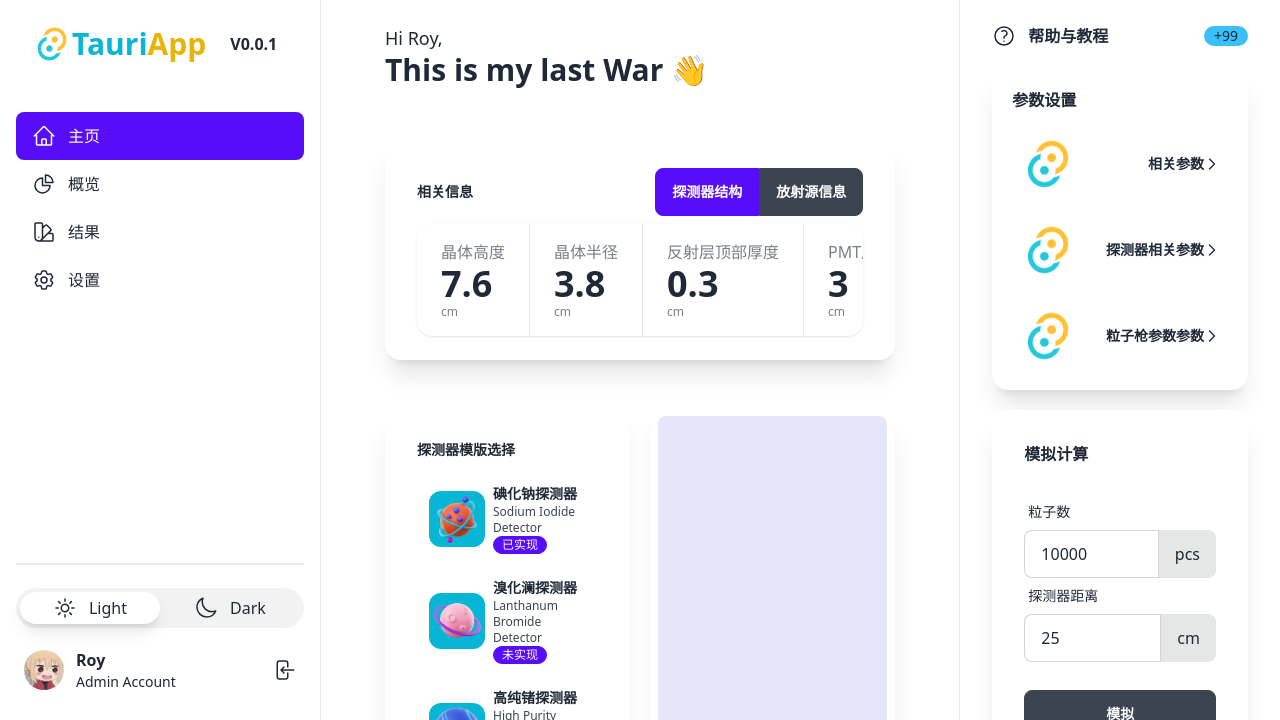
Repository: XMZOVO/tauri-geant4
Page: /
The author's editor kept a copy of each file at every save. The page is drawn from the files as they stood at one save, then again after the next save.
The browser window is 1280 px wide. The pictures show the whole page.
The page's requests for data from a server got no answer. An inner scrolling area shows only its first screen. The project was rebuilt for these pictures with package versions that can differ from the ones it lists, and the page was loaded fresh each time. No one was signed in, and anything a server would have sent is missing. Also part of the build but not shown: vite.config.ts.

Above is the page before, as saved 2022-09-11 20:05:04.

### src/main.ts
import { createApp } from "vue";
import App from "./App.vue";
import "./index.css";
import { Router } from "./router";
import { createPinia } from "pinia";

const pinia = createPinia();

createApp(App).use(pinia).use(Router).mount("#app");

### src/router/index.ts
import { createRouter, createWebHistory } from "vue-router";

const routes = [
  {
    path: "",
    component: () => import("../components/MainWindow.vue"),
    children: [
      {
        path: "",
        component: () => import("../components/Home.vue"),
      },
      {
        path: "Setting",
        component: () => import("../components/Setting.vue"),
      },
      {
        path: "Results",
        component: () => import("../components/Results.vue"),
      },
      {
        path: "Overview",
        component: () => import("../components/Overview.vue"),
      },
      // {
      //   path: "Plan",
      //   component: () => import("../components/Plan.vue"),
      // },
    ],
  },
];

export const Router = createRouter({
  scrollBehavior: () => ({ left: 0, top: 0 }),
  history: createWebHistory(),
  routes,
});

### src/components/Home.vue
<script setup lang="ts">
import { ref, onMounted } from "vue";
import { invoke } from "@tauri-apps/api/tauri";
import { useRouter, onBeforeRouteLeave, onBeforeRouteUpdate } from "vue-router";
import path from "path";
import { exit } from "@tauri-apps/api/process";
import { fetch } from "@tauri-apps/api/http";

const router = useRouter();
const greetMsg = ref("");
const name = ref("");
let specFile = ref("");
let JSRootPath = ref("/JsRoot720/");
const btnWait = ref("");
const activeDetector = ref(0);

let detectorSrc = ref(
  JSRootPath.value +
    "index.htm?nobrowser&file=http://localhost:8080/file/G4Backend/build/rootFiles/test.root&item=Default;1&opt=ssao;transp60"
);

const parametersNames = ref([
  { name: "探测器结构", checked: true },
  { name: "放射源信息", checked: false },
]);
const selectedName = ref("钻井液性能");
const detectorProperties = ref([
  { name: "晶体高度", value: 7.6, unit: "cm" },
  { name: "晶体半径", value: 3.8, unit: "cm" },
  { name: "反射层顶部厚度", value: "0.3", unit: "cm" },
  { name: "PMT厚度", value: 3, unit: "cm" },
]);
const radioactiveProperties = ref([
  { name: "放射性同位素", value: "Co60", unit: "" },
  { name: "3", value: 20, unit: "" },
  { name: "4", value: 0.02, unit: "" },
  { name: "5", value: 10, unit: "" },
]);
const detectorList = ref([
  {
    name: "碘化钠探测器",
    percent: 40,
    description: "Sodium Iodide Detector",
    img: "NaI.png",
  },
  {
    name: "溴化澜探测器",
    percent: 100,
    description: "Lanthanum Bromide Detector",
    img: "LB.png",
  },
  {
    name: "高纯锗探测器",
    percent: 60,
    description: "High Purity Germanium Detector",
    img: "HPGe.png",
  },
]);
const paticleParameters = ref([
  { name: "粒子数", value: 10000, unit: "pcs" },
  { name: "探测器距离", value: 25, unit: "cm" },
]);

async function greet() {
  greetMsg.value = await invoke("greet", { name: name.value });
}

onMounted(async () => {});

const parametersInfoChanged = (name: String) => {
  if (name == "探测器结构") {
    parametersNames.value[0].checked = true;
    parametersNames.value[1].checked = false;
  } else {
    parametersNames.value[0].checked = false;
    parametersNames.value[1].checked = true;
  }
};

const executeCalculate = async () => {
  if (paticleParameters.value[0].value > 10000000) {
    alert("粒子数过大");
    return;
  }
  btnWait.value = "loading";
  const response = await fetch("http://localhost:8080/g4", {
    method: "POST",
    query: {
      ch: detectorProperties.value[0].value.toString(),
      cr: detectorProperties.value[1].value.toString(),
      rtt: detectorProperties.value[2].value.toString(),
      num: paticleParameters.value[0].value.toString(),
    },
  }).then((res) => {
    btnWait.value = "";
    router.push({ path: "/Overview" });
  });
};

const refreshDetector = async () => {
  detectorSrc.value = " ";
  await fetch("http://localhost:8080/gdml", {
    method: "GET",
    query: {
      ch: detectorProperties.value[0].value.toString(),
      cr: detectorProperties.value[1].value.toString(),
      rtt: detectorProperties.value[2].value.toString(),
      pmt: detectorProperties.value[3].value.toString(),
    },
  }).then(() => {
    // let iframe: any = document.getElementById("iframe");
    // iframe.contentWindow.location.reload(true);
    detectorSrc.value =
      JSRootPath.value +
      "index.htm?nobrowser&file=http://localhost:8080/file/G4Backend/build/rootFiles/wtest.root&item=Default;1&opt=ssao;transp60";
  });
};

const exitApp = async () => {
  await exit(1);
};
</script>

<template>
  <!-- <div class="card">
    <input id="greet-input" v-model="name" placeholder="Enter a name..." />
    <button type="button" @click="greet()">Greet</button>
  </div>

  <p>{{ greetMsg }}</p> -->

  <div class="flex h-full w-full">
    <div class="w-2/3 space-y-12 border-r border-base-300 py-6 px-16">
      <div class="h-auto">
        <span class="block text-lg font-normal">Hi Roy,</span>
        <span class="block text-3xl font-bold"
          >This is my last War &#128075;</span
        >
      </div>
      <div class="card h-2/6 w-full shadow-xl">
        <div class="card-body justify-between">
          <div class="flex justify-between">
            <p class="card-title text-sm">相关信息</p>
            <!-- 选择框 -->
            <!-- <div class="form-control w-1/3 max-w-xs">
              <select
                class="select select-bordered focus:outline-none"
                @change="parametersInfoChanged($event)"
              >
                <option v-for="item in parametersNames">{{ item }}</option>
              </select>
            </div> -->
            <div class="btn-group">
              <input
                v-for="item in parametersNames"
                type="radio"
                name="options"
                :data-title="item.name"
                class="btn"
                :checked="item.checked"
                @change="parametersInfoChanged(item.name)"
              />
            </div>
          </div>
          <!-- 统计信息 -->
          <div
            class="stats stats-vertical overflow-hidden shadow lg:stats-horizontal"
          >
            <div
              class="stat"
              v-if="parametersNames[0].checked"
              v-for="item in detectorProperties"
            >
              <div class="stat-title">{{ item.name }}</div>
              <div class="stat-value">{{ item.value }}</div>
              <div class="stat-desc">{{ item.unit }}</div>
            </div>
            <div
              class="stat"
              v-if="parametersNames[1].checked"
              v-for="item in radioactiveProperties"
            >
              <div class="stat-title">{{ item.name }}</div>
              <div class="stat-value">{{ item.value }}</div>
              <div class="stat-desc">{{ item.unit }}</div>
            </div>
          </div>
        </div>
      </div>
      <!-- 底部双卡片 -->
      <div class="flex h-3/6 space-x-5">
        <!-- 1 -->
        <div class="card w-1/2 bg-base-100 shadow-xl">
          <div class="card-body gap-3">
            <p class="text-sm font-semibold">探测器模版选择</p>
            <!-- item -->
            <div class="flex h-full flex-col justify-between">
              <div
                v-for="(item, index) in detectorList"
                class="flex cursor-pointer items-center justify-between rounded-xl py-3 px-3 hover:bg-base-300"
              >
                <div class="flex items-center gap-2">
                  <img
                    :src="`/src/assets/${item.img}`"
                    class="h-14 w-14 rounded-xl bg-cyan-500 p-1"
                  />
                  <div class="flex flex-col">
                    <p class="text-sm font-semibold">{{ item.name }}</p>
                    <p class="text-xs text-neutral">
                      {{ item.description }}
                    </p>
                    <div class="badge badge-primary badge-xs p-2">
                      {{ index == 0 ? "已实现" : "未实现" }}
                    </div>
                  </div>
                </div>
                <!-- <div
                  class="radial-progress text-xs text-primary"
                  :style="
                    '--value: ' +
                    item.percent +
                    '; --size: 3.5rem; --thickness: 6px'
                  "
                >
                  {{ item.percent }}%
                </div> -->
              </div>
            </div>
            <btn class="btn rounded-xl"> 更多模版</btn>
          </div>
        </div>
        <!-- 2 -->
        <div class="card w-1/2 bg-base-100 shadow-xl">
          <div class="card-body p-2">
            <iframe
              :src="detectorSrc"
              frameborder="0"
              class="h-full w-full rounded-lg"
            ></iframe>
            <!-- <div class="h-full w-full bg-black" id="drawing"></div> -->
          </div>
        </div>
      </div>
    </div>

    <!-- 右侧 -->
    <div class="w-1/3 flex-col space-y-5 px-8 pt-6">
      <!-- 帮助 -->
      <div class="flex items-center justify-between">
        <div class="flex items-center space-x-3">
          <svg
            xmlns="http://www.w3.org/2000/svg"
            fill="none"
            viewBox="0 0 24 24"
            stroke-width="1.5"
            stroke="currentColor"
            class="h-6 w-6"
          >
            <path
              stroke-linecap="round"
              stroke-linejoin="round"
              d="M9.879 7.519c1.171-1.025 3.071-1.025 4.242 0 1.172 1.025 1.172 2.687 0 3.712-.203.179-.43.326-.67.442-.745.361-1.45.999-1.45 1.827v.75M21 12a9 9 0 11-18 0 9 9 0 0118 0zm-9 5.25h.008v.008H12v-.008z"
            />
          </svg>
          <label class="font-bold">帮助与教程</label>
        </div>
        <div class="badge badge-info">+99</div>
      </div>
      <!-- 帮助 -->
      <!-- 卡1 -->
      <div class="flex space-x-5">
        <div class="card w-full overflow-visible bg-base-100 shadow-xl">
          <div class="card-body p-5">
            <div class="flex-col space-y-5">
              <p class="text-md font-bold">参数设置</p>

              <!-- 溢流物 -->
              <div class="dropdown-left dropdown w-full">
                <div
                  tabindex="0"
                  class="flex items-center justify-between rounded-xl px-2 py-1 duration-300 hover:cursor-pointer hover:bg-primary hover:text-base-100"
                >
                  <img src="../assets/icon.png" class="h-14 w-14 rounded-xl" />
                  <div class="flex items-center">
                    <p class="text-sm font-bold">相关参数</p>
                    <svg
                      xmlns="http://www.w3.org/2000/svg"
                      fill="none"
                      viewBox="0 0 24 24"
                      stroke-width="2"
                      stroke="currentColor"
                      class="h-4 w-4"
                    >
                      <path
                        stroke-linecap="round"
                        stroke-linejoin="round"
                        d="M8.25 4.5l7.5 7.5-7.5 7.5"
                      />
                    </svg>
                  </div>
                </div>
                <!-- 浮动窗口 -->
                <div
                  tabindex="0"
                  class="card dropdown-content rounded-box w-full bg-base-100 shadow"
                >
                  <div class="card-body space-y-3">
                    <p class="font-bold">设置相关参数</p>
                  </div>
                </div>
              </div>
              <!-- 溢流物 -->
              <!-- 钻井液 -->
              <div class="dropdown-left dropdown w-full">
                <div
                  tabindex="0"
                  class="flex items-center justify-between rounded-xl px-2 py-1 duration-300 hover:cursor-pointer hover:bg-primary hover:text-base-100"
                >
                  <img src="../assets/icon.png" class="h-14 w-14 rounded-xl" />
                  <div class="flex items-center">
                    <p class="text-sm font-bold">探测器相关参数</p>
                    <svg
                      xmlns="http://www.w3.org/2000/svg"
                      fill="none"
                      viewBox="0 0 24 24"
                      stroke-width="2"
                      stroke="currentColor"
                      class="h-4 w-4"
                    >
                      <path
                        stroke-linecap="round"
                        stroke-linejoin="round"
                        d="M8.25 4.5l7.5 7.5-7.5 7.5"
                      />
                    </svg>
                  </div>
                </div>
                <!-- 浮动窗口 -->
                <div
                  tabindex="0"
                  class="card dropdown-content rounded-box w-96 bg-base-100 shadow"
                >
                  <div class="card-body space-y-1">
                    <div class="flex items-center">
                      <p class="font-bold">
                        设置{{
                          activeDetector == 0 ? "碘化钠" : "高纯锗"
                        }}探测器参数
                      </p>
                      <button class="btn btn-xs" @click="refreshDetector">
                        刷新探测器模型
                      </button>
                    </div>
                    <div
                      v-for="item in detectorProperties"
                      class="form-control"
                    >
                      <label class="label">
                        <span class="label-text">{{ item.name }}</span>
                      </label>
                      <label class="input-group">
                        <input
                          type="text"
                          v-model="item.value"
                          class="input input-bordered w-3/4 focus:outline-none"
                        />
                        <span class="w-1/4">{{ item.unit }}</span>
                      </label>
                    </div>
                  </div>
                </div>
              </div>
              <!-- 钻井液 -->
              <!-- 节流压 -->
              <div class="dropdown-left dropdown w-full">
                <div
                  tabindex="0"
                  class="flex items-center justify-between rounded-xl px-2 py-1 duration-300 hover:cursor-pointer hover:bg-primary hover:text-base-100"
                >
                  <img src="../assets/icon.png" class="h-14 w-14 rounded-xl" />
                  <div class="flex items-center">
                    <p class="text-sm font-bold">粒子枪参数参数</p>
                    <svg
                      xmlns="http://www.w3.org/2000/svg"
                      fill="none"
                      viewBox="0 0 24 24"
                      stroke-width="2"
                      stroke="currentColor"
                      class="h-4 w-4"
                    >
                      <path
                        stroke-linecap="round"
                        stroke-linejoin="round"
                        d="M8.25 4.5l7.5 7.5-7.5 7.5"
                      />
                    </svg>
                  </div>
                </div>
                <!-- 浮动窗口 -->
                <div
                  tabindex="0"
                  class="card dropdown-content rounded-box w-96 bg-base-100 shadow"
                >
                  <div class="card-body space-y-3">
                    <p class="font-bold">设置粒子枪参数</p>
                    <div
                      v-for="item in radioactiveProperties"
                      class="form-control"
                    >
                      <label class="label">
                        <span class="label-text">{{ item.name }}</span>
                      </label>
                      <label class="input-group">
                        <input
                          type="text"
                          v-model="item.value"
                          class="input input-bordered w-3/4 focus:outline-none"
                        />
                        <span class="w-1/4">{{ item.unit }}</span>
                      </label>
                    </div>
                  </div>
                </div>
              </div>
              <!-- 节流压 -->
            </div>
          </div>
        </div>
      </div>
      <!-- 卡2 -->
      <div class="flex space-x-5">
        <div class="card w-full bg-base-100 shadow-xl">
          <div class="card-body space-y-5">
            <p class="text-md font-bold">模拟计算</p>
            <div>
              <div v-for="item in paticleParameters" class="form-control">
                <label class="label">
                  <span class="label-text">{{ item.name }}</span>
                </label>
                <label class="input-group">
                  <input
                    type="text"
                    placeholder="0.01"
                    v-model="item.value"
                    class="input input-bordered w-full focus:outline-none"
                  />
                  <span>{{ item.unit }}</span>
                </label>
              </div>
            </div>
            <!-- 计算 -->
            <button :class="'btn w-full ' + btnWait" @click="executeCalculate">
              模拟
            </button>
          </div>
        </div>
      </div>
    </div>
  </div>
</template>

<style scoped></style>

Loaded but not shown: index.html (common file); src/App.vue (common file); src/index.css (common file); tailwind.config.cjs (common file); public/JsRoot720/modules/d3.mjs (library); public/JsRoot720/modules/gui/HierarchyPainter.mjs (library); public/JsRoot720/modules/io.mjs (3859 lines, source omitted); public/JsRoot720/modules/gpad/TFramePainter.mjs (2781 lines, source omitted); public/JsRoot720/modules/gpad/TPadPainter.mjs (2078 lines, source omitted); public/JsRoot720/modules/gui/menu.mjs (1573 lines, source omitted); public/JsRoot720/modules/core.mjs (1681 lines, source omitted); public/JsRoot720/modules/gui/display.mjs (1711 lines, source omitted); public/JsRoot720/modules/base/ObjectPainter.mjs (1608 lines, source omitted); public/JsRoot720/modules/base/math.mjs (2061 lines, source omitted); public/JsRoot720/modules/gpad/TAxisPainter.mjs (1330 lines, source omitted); public/JsRoot720/modules/hist/TPavePainter.mjs (1257 lines, source omitted); public/JsRoot720/modules/base/latex.mjs (1324 lines, source omitted); public/JsRoot720/modules/draw.mjs (618 lines, source omitted); public/JsRoot720/modules/gui/utils.mjs (511 lines, source omitted); public/JsRoot720/modules/gpad/TCanvasPainter.mjs (756 lines, source omitted); public/JsRoot720/modules/base/BasePainter.mjs (670 lines, source omitted); public/JsRoot720/modules/base/TAttFillHandler.mjs (343 lines, source omitted); public/JsRoot720/modules/base/TAttMarkerHandler.mjs (292 lines, source omitted); public/JsRoot720/modules/gui.mjs (206 lines, source omitted); public/JsRoot720/modules/base/colors.mjs (172 lines, source omitted); public/JsRoot720/modules/base/TAttLineHandler.mjs (166 lines, source omitted); public/JsRoot720/modules/base/FontHandler.mjs (139 lines, source omitted); src/components/MainWindow.vue (303 lines, source omitted)

After the next save:
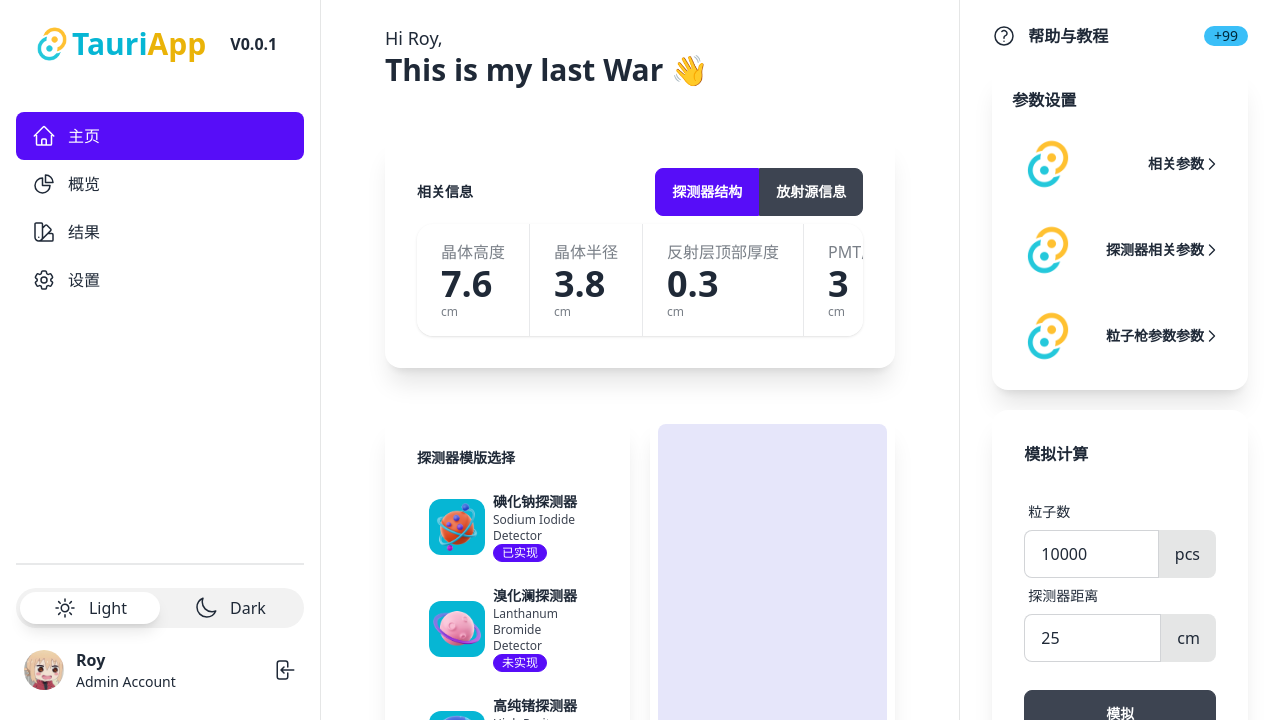
Saved 81 s later.
--- a/src/components/Home.vue
+++ b/src/components/Home.vue
@@ -137,7 +137,7 @@
           >This is my last War &#128075;</span
         >
       </div>
-      <div class="card h-2/6 w-full shadow-xl">
+      <div class="h-2/7 card w-full shadow-xl">
         <div class="card-body justify-between">
           <div class="flex justify-between">
             <p class="card-title text-sm">相关信息</p>
@@ -188,7 +188,7 @@
         </div>
       </div>
       <!-- 底部双卡片 -->
-      <div class="flex h-3/6 space-x-5">
+      <div class="h-3/7 flex space-x-5">
         <!-- 1 -->
         <div class="card w-1/2 bg-base-100 shadow-xl">
           <div class="card-body gap-3">

After the 3 saves that followed:
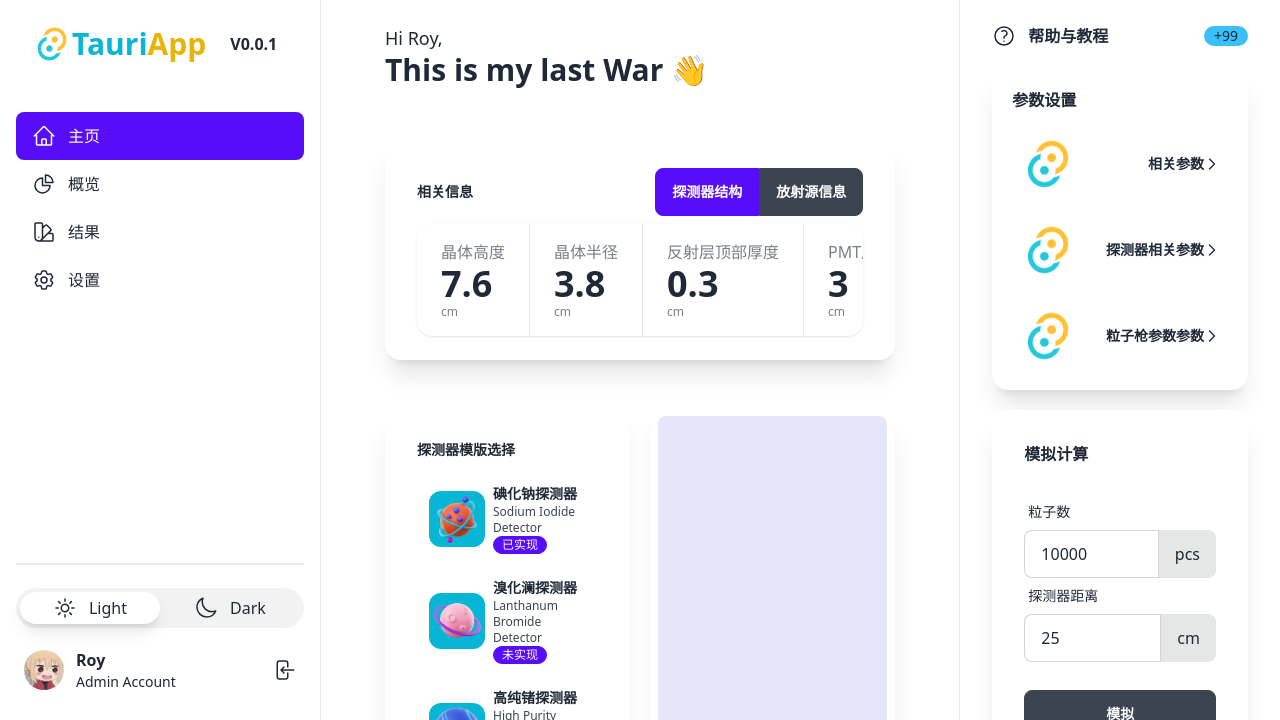
The 3 saves are shown as one change because 1 left the picture as it was and some came seconds apart.
The last was saved 49 s later.
--- a/src/components/Home.vue
+++ b/src/components/Home.vue
@@ -137,7 +137,7 @@
           >This is my last War &#128075;</span
         >
       </div>
-      <div class="h-2/7 card w-full shadow-xl">
+      <div class="card h-2/6 w-full shadow-xl">
         <div class="card-body justify-between">
           <div class="flex justify-between">
             <p class="card-title text-sm">相关信息</p>
@@ -188,7 +188,7 @@
         </div>
       </div>
       <!-- 底部双卡片 -->
-      <div class="h-3/7 flex space-x-5">
+      <div class="flex h-3/6 space-x-5">
         <!-- 1 -->
         <div class="card w-1/2 bg-base-100 shadow-xl">
           <div class="card-body gap-3">
